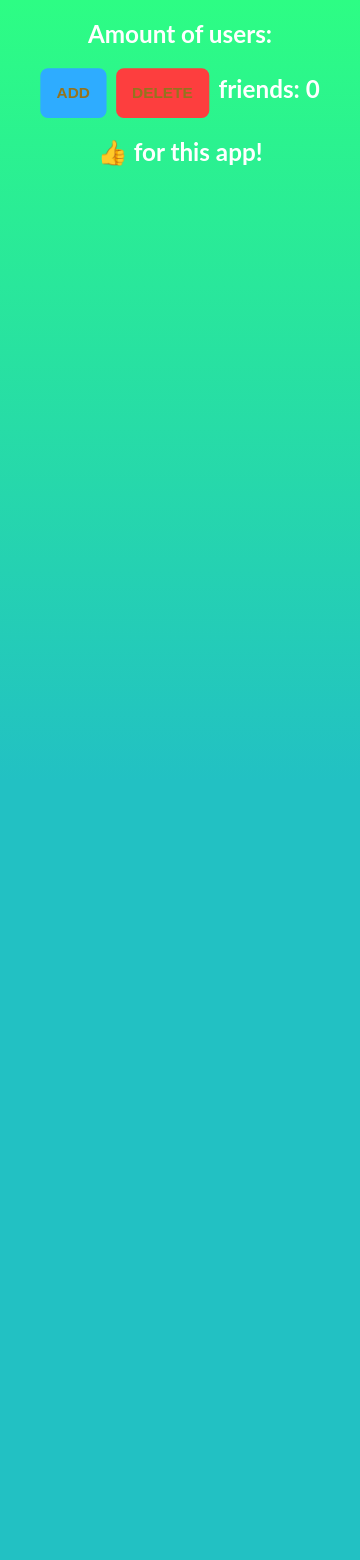
Repository: marcinszymaszek/facelook
Page: /
These files come from the project's save history. The page is drawn as it stood at one moment and after the next save; the edit follows.
The browser window is 375 px wide. The pictures show the whole page, at 96% of full size.
The page's requests for data from a server got no answer. The project was rebuilt for these pictures with package versions that can differ from the ones it lists, and the page was loaded fresh each time. No one was signed in, and anything a server would have sent is missing.

Above is the page before, as saved 2020-01-13 19:18:34.

After the next save:
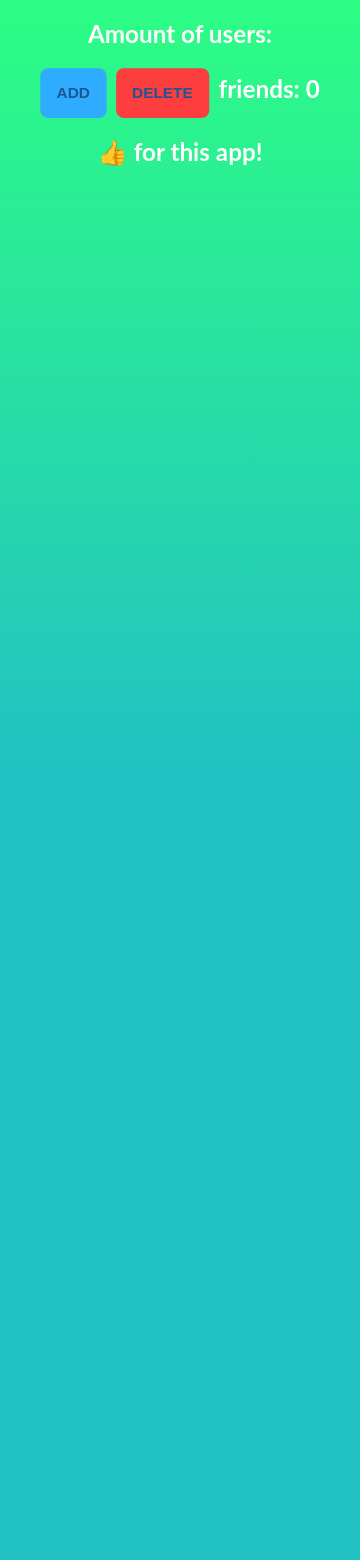
Saved 64 s later.
--- a/src/components/information/MainInfo.css
+++ b/src/components/information/MainInfo.css
@@ -21,7 +21,7 @@
 @media screen and (max-width: 480px){
     .btn-add, .btn-delete {
         padding: 17px 17px;
-        color: rgb(148, 116, 30);
+        color: rgb(30, 85, 148);
     }
 }
 
